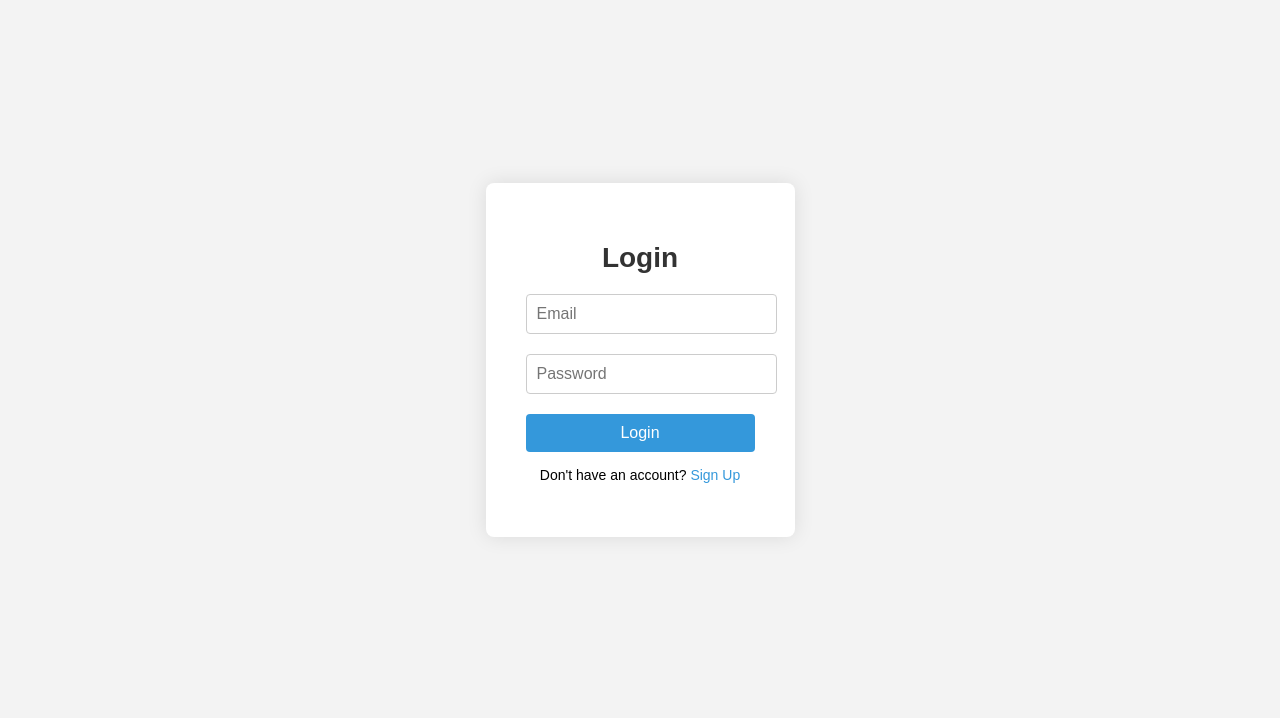
Repository: OmarEssameldinMousa/DONE
Page: login.html
These files come from the project's save history. The page is drawn as it stood at one moment and after the next save; the edit follows.
The browser window is 1280 px wide. The pictures show the whole page.

Above is the page before, as saved 2023-12-18 21:23:54.

After the next save:
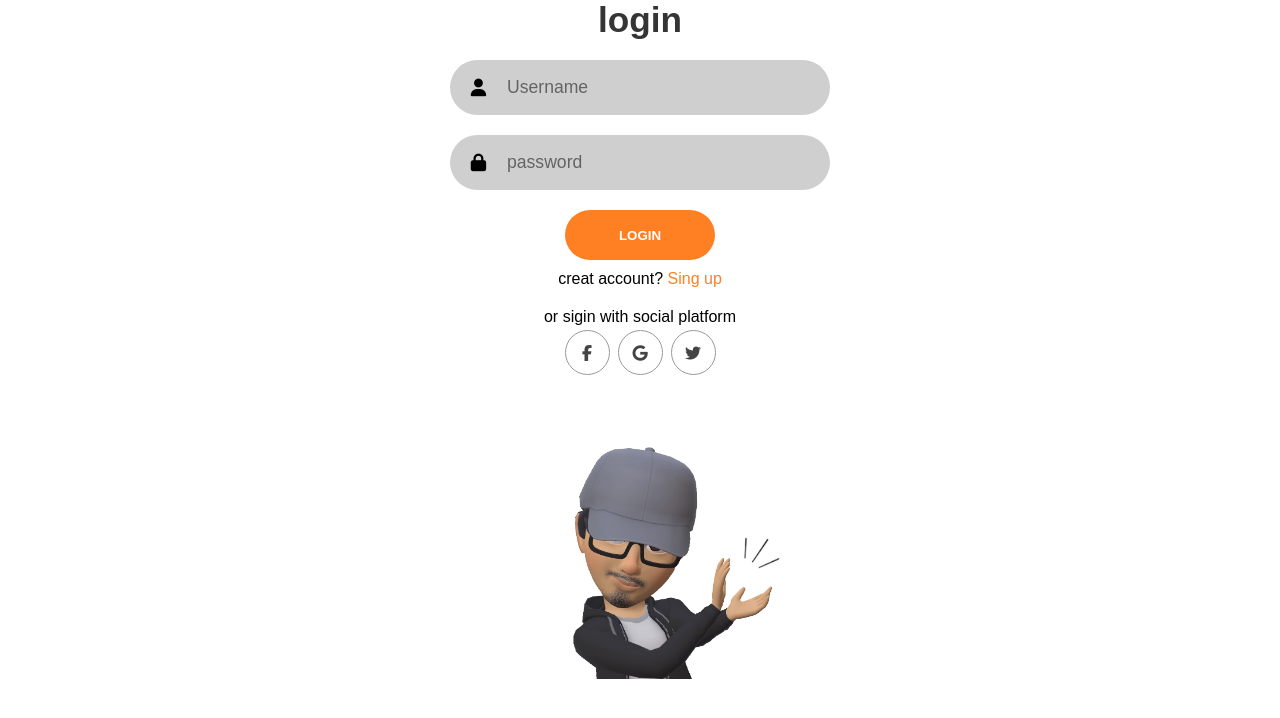
Saved 74 min 9 s later.
--- a/login.html
+++ b/login.html
@@ -5,90 +5,52 @@
     <meta charset="UTF-8">
     <meta name="viewport" content="width=device-width, initial-scale=1.0">
     <title>Login</title>
-    <style>
-        body {
-            font-family: Arial, sans-serif;
-            margin: 0;
-            padding: 0;
-            display: flex;
-            justify-content: center;
-            align-items: center;
-            height: 100vh;
-            background-color: #f3f3f3;
-        }
+    <link rel="stylesheet" href="https://cdnjs.cloudflare.com/ajax/libs/font-awesome/6.5.1/css/all.min.css" />
+    <link rel="stylesheet" href="CSS/signin.css">
 
-        .login-container {
-            background-color: #fff;
-            padding: 40px;
-            border-radius: 8px;
-            box-shadow: 0 0 20px rgba(0, 0, 0, 0.1);
-            text-align: center;
-        }
-
-        h1 {
-            margin-bottom: 20px;
-            font-size: 28px;
-            color: #333;
-        }
-
-        .input-group {
-            margin-bottom: 20px;
-        }
-
-        input[type="email"],
-        input[type="password"] {
-            width: 100%;
-            padding: 10px;
-            border: 1px solid #ccc;
-            border-radius: 4px;
-            font-size: 16px;
-        }
-
-        button {
-            width: 100%;
-            padding: 10px;
-            border: none;
-            border-radius: 4px;
-            font-size: 16px;
-            cursor: pointer;
-            background-color: #3498db;
-            color: #fff;
-            transition: background-color 0.3s ease;
-        }
-
-        button:hover {
-            background-color: #2980b9;
-        }
-
-        p {
-            margin-top: 15px;
-            font-size: 14px;
-        }
-
-        a {
-            color: #3498db;
-            text-decoration: none;
-        }
-
-        a:hover {
-            text-decoration: underline;
-        }
-    </style>
 </head>
 
 <body>
-    <div class="login-container">
-        <h1>Login</h1>
-        <form id="login-form" action="#" method="POST">
-            <div class="input-group">
-                <input type="email" id="email" name="email" placeholder="Email" required>
+    <div class="contanir">
+
+        <form action="#" class="sign-in-form">
+            <h2 class="title"> login </h2>
+            <div class="inputf">
+                <i class="fas fa-user"></i>
+                <input type="text" placeholder="Username" required>
             </div>
-            <div class="input-group">
-                <input type="password" id="password" name="password" placeholder="Password" required>
+            <div class="inputf">
+                <i class="fas fa-lock"></i>
+                <input type="password" placeholder="password" required>
             </div>
-            <button type="submit">Login</button>
+            <input type="submit" value="login" class="btn-solid">
+
+            <div class="signup">
+                <span id="al">creat account?</span>
+                <a href="signup.html">Sing up</a>
+            </div>
+
+            <p class="social_text"> or sigin with social platform</p>
+            <div class="social-media">
+                <a href="#" class="social-icon">
+                    <i class="fab fa-facebook-f"></i>
+                </a>
+                <a href="#" class="social-icon">
+                    <i class="fab fa-google"></i>
+                </a>
+                <a href="#" class="social-icon">
+                    <i class="fab fa-twitter"></i>
+                </a>
+
+            </div>
+            <div class="image">
+                <img src="images/omar9.png" alt="">
+            </div>
         </form>
-        <p>Don't have an account? <a href="signup.html">Sign Up</a></p>
+
+
+
+
     </div>
 </body>
 
